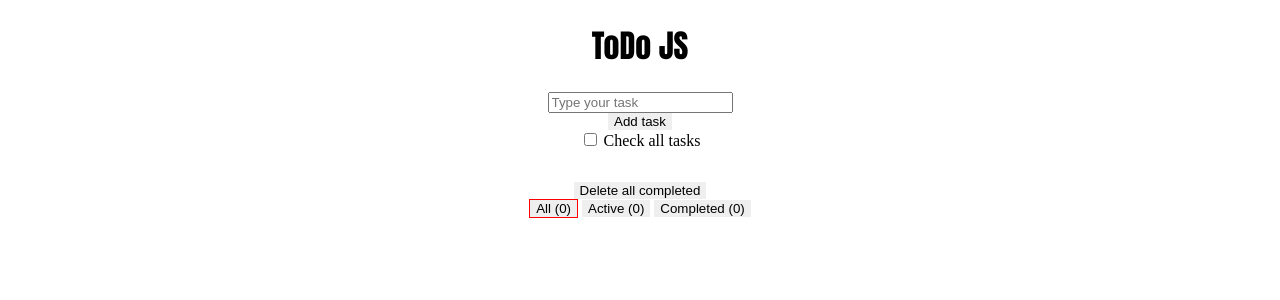
Repository: mklyagin/klyagin_todojs
Page: index.html
An editor plug-in stored every save of this project. The page is shown before and after the next save, followed by the edit.
The browser window is 1280 px wide. The pictures show the whole page.

Above is the page before, as saved 2024-02-27 15:42:16.

After the next save:
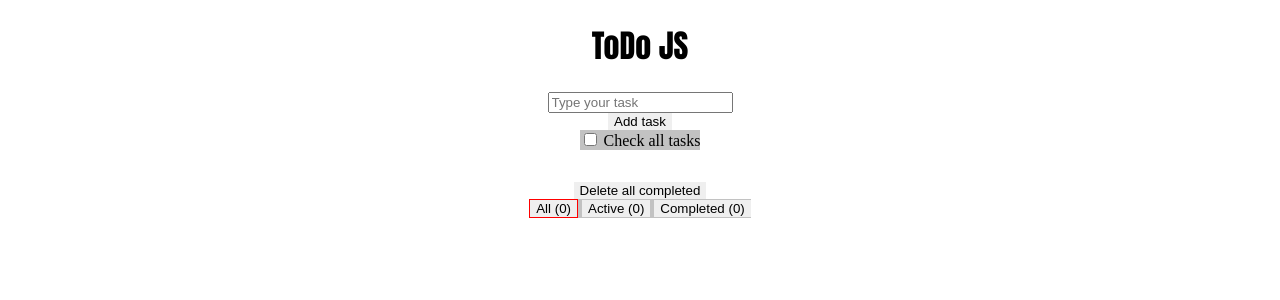
Saved 27 s later.
--- a/style.css
+++ b/style.css
@@ -15,6 +15,10 @@ button {
  border: none;
 }
 
+div {
+  background: #c2c2c2;
+}
+
 .hidden-element {
   display: none;
 }
